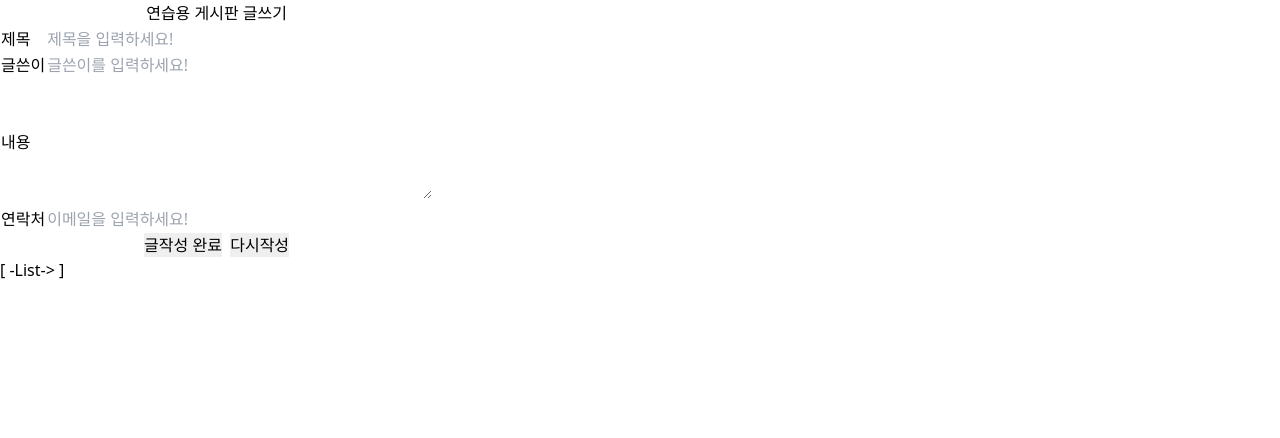
Repository: k0603156/JAVA
Page: http://localhost/StartBoard/test.do?myName=Kimyongkuk
These files come from the project's save history. The page is drawn as it stood at one moment and after a run of saves; the edit follows.
The browser window is 1280 px wide. The pictures show the whole page.
The page is served by Tomcat 9. Other server files are loaded and not shown.

Above is the page before, as saved 2020-03-12 07:57:33.

### SERVLET/workspace/StartBoard/WebContent/index.jsp
<%@ page language="java" contentType="text/html; charset=UTF-8"
	pageEncoding="UTF-8"%>
<!DOCTYPE html>
<html>
<head>
<meta charset="UTF-8">
<title>Insert title here</title>
</head>
<link href="https://unpkg.com/tailwindcss@^1.0/dist/tailwind.min.css" rel="stylesheet">
<body>
	<!-- <h1>Index.jsp</h1>
	<h1><a href="http://www.naver.com">Naver.com</a></h1>
	<h1><a href="./test.do?myName=Kimyongkuk">이름을 알려주세요~!~!</a></h1> -->
	<form action="./writeSave.do" method="post">
	<table border="1">
		<tr>
		<td colspan="2" style="text-align: center;">연습용 게시판 글쓰기</td>
		</tr>
		<tr>
			<td>제목</td>
			<td><input type="text" placeholder="제목을 입력하세요!" name="title" required></td>
		</tr>
		<tr>
			<td>글쓴이</td>
			<td><input type="text" placeholder="글쓴이를 입력하세요!" name="author" required></td>
		</tr>
		<tr>
			<td>내용</td>
			<td><textarea cols="40" rows="5" name="content"></textarea></td>
		</tr>
		<tr>
			<td>연락처</td>
			<td><input type="email" placeholder="이메일을 입력하세요!" name="email"></td>
		</tr>
		<tr>
		<td colspan="2" style="text-align: center;">
			<input type="submit" value="글작성 완료">&nbsp;
			<input type="reset" value="다시작성">
		</td>
		</tr>
	</table>
	</form>
	<a href="./list.do">[ -List-> ]</a>
</body>
</html>

### SERVLET/workspace/StartBoard/src/ctrl/FrontController.java
package ctrl;

import java.io.IOException;
import java.sql.SQLException;

import javax.servlet.RequestDispatcher;
import javax.servlet.ServletException;
import javax.servlet.http.HttpServlet;
import javax.servlet.http.HttpServletRequest;
import javax.servlet.http.HttpServletResponse;

import org.slf4j.Logger;
import org.slf4j.LoggerFactory;

import service.*;

public class FrontController extends HttpServlet{

	private static final long serialVersionUID = 1L;
	private static Logger log = LoggerFactory.getLogger(FrontController.class);
	public FrontController() {}

	@Override
	protected void service(HttpServletRequest req, HttpServletResponse resp) throws ServletException, IOException {
		String uri = req.getRequestURI();
		log.info("uri : " + uri);

		String contextPath = req.getContextPath();
		log.info("context : " + contextPath);

		String path = uri.substring(contextPath.length());
		log.info("path : " + path);

		String targetPage = "";
		Action action = null;

		if (path.equals("/writeSave.do")) {
			action = new InsertAction();
			try {
				action.execute(req, resp);
			} catch (SQLException e) {
				e.printStackTrace();
			}

			targetPage = "list.do";

		}else if(path.equals("/list.do")) {
			action = new ListAction();
			try {
				action.execute(req, resp);
			} catch (SQLException e) {
				e.printStackTrace();
			}

			targetPage = "/list.jsp";

		}else if (path.equals("/detail.do")) {
			action = new DetailAction();
			try {
				action.execute(req, resp);
			} catch (SQLException e) {
				e.printStackTrace();
			}

			targetPage = "/detail.jsp";

		}else if(path.equals("/modify.do")) {
			action = new DetailAction();
			try {
				action.execute(req, resp);
			} catch (SQLException e) {
				e.printStackTrace();
			}

			targetPage = "/modify.jsp";

		}else if(path.equals("/modifySave.do")) {
			action = new ModifyAction();
			try {
				action.execute(req, resp);
			} catch (SQLException e) {
				e.printStackTrace();
			}

			targetPage = "detail.do";

		}else if(path.equals("/delete.do")) {
			action = new DeleteAction();
			try {
				action.execute(req, resp);
			} catch (SQLException e) {
				e.printStackTrace();
			}

			targetPage = "list.do";

		}

		RequestDispatcher requestDispatcher = req.getRequestDispatcher(targetPage);
		requestDispatcher.forward(req, resp);
	}

	@Override
	protected void doGet(HttpServletRequest req, HttpServletResponse resp) throws ServletException, IOException {
		service(req, resp);
	}

	@Override
	protected void doPost(HttpServletRequest req, HttpServletResponse resp) throws ServletException, IOException {
		service(req, resp);
	}



}

After the next 2 saves:
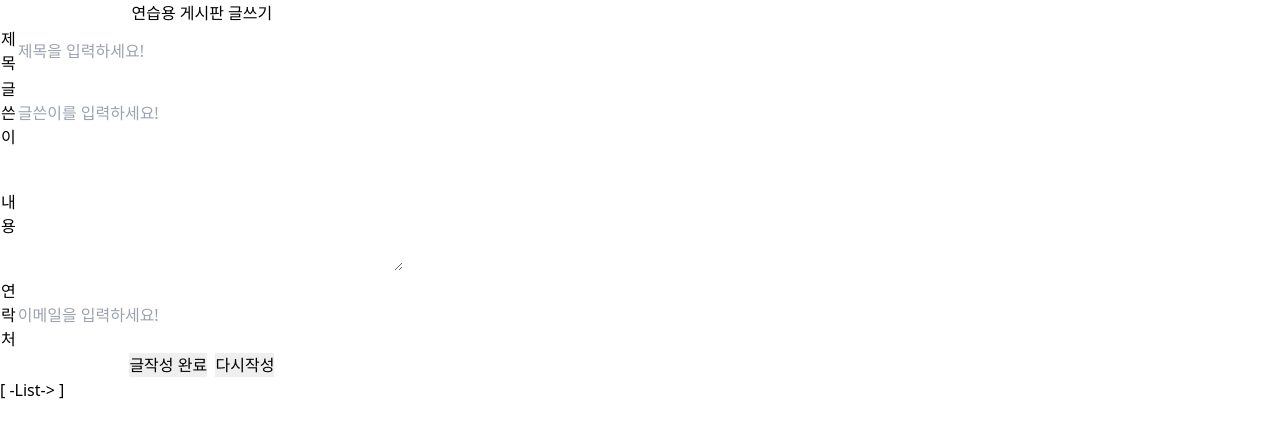
The 2 saves are shown as one change because they came seconds apart.
The last was saved 44 s later.
--- a/SERVLET/workspace/StartBoard/WebContent/index.jsp
+++ b/SERVLET/workspace/StartBoard/WebContent/index.jsp
@@ -11,6 +11,7 @@
 	<!-- <h1>Index.jsp</h1>
 	<h1><a href="http://www.naver.com">Naver.com</a></h1>
 	<h1><a href="./test.do?myName=Kimyongkuk">이름을 알려주세요~!~!</a></h1> -->
+<div class="w-full max-w-xs">
 	<form action="./writeSave.do" method="post">
 	<table border="1">
 		<tr>
@@ -41,5 +42,6 @@
 	</table>
 	</form>
 	<a href="./list.do">[ -List-> ]</a>
+	</div>
 </body>
 </html>
